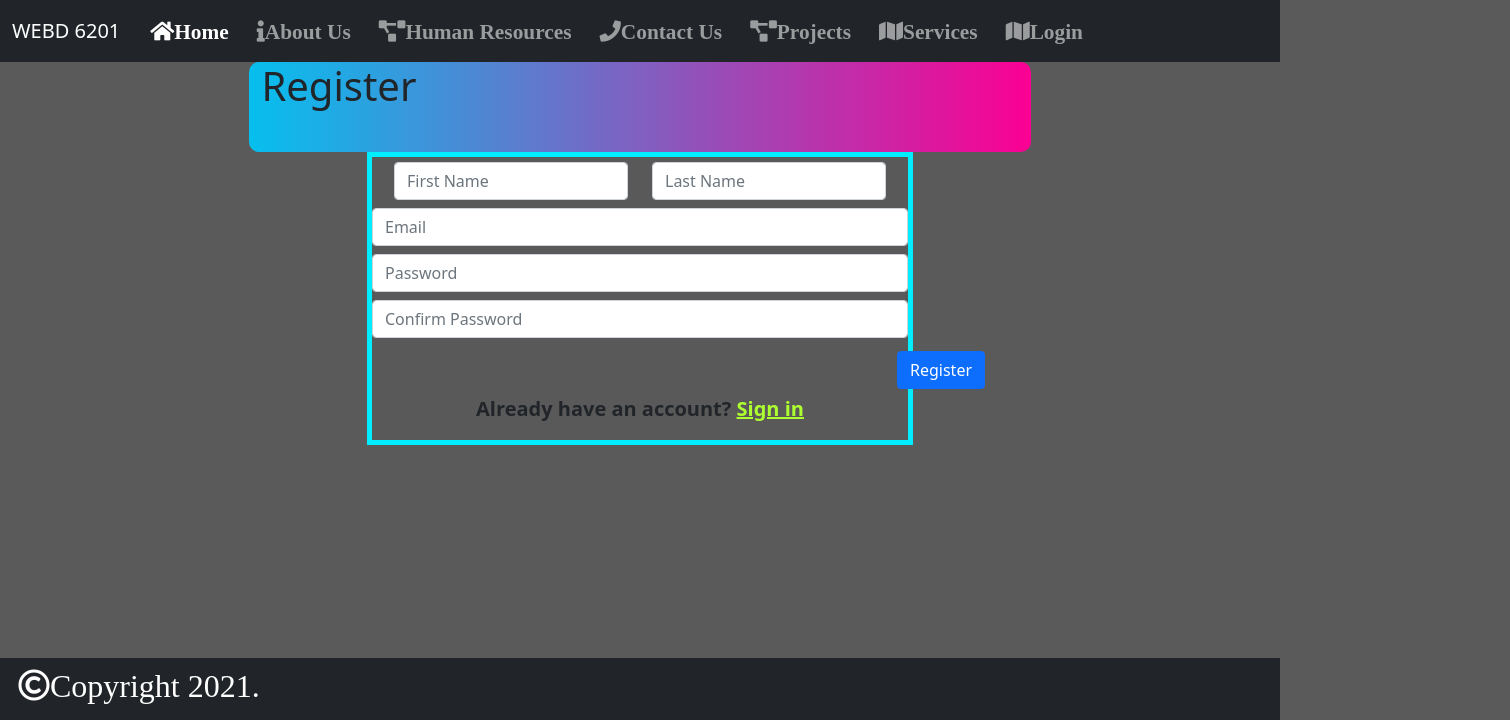
Repository: vans12345678/WEBD6201-W2021-Lab2
Page: register.html
The author's editor kept a copy of each file at every save. The page is drawn from the files as they stood at one save, then again after the next save.
The browser window is 1280 px wide. The page is 1510 px wide, so the pictures cover 1510 px, including what lies to the right of the window. The pictures show the whole page.

Above is the page before, as saved 2021-02-25 16:18:14.

### register.html
<!DOCTYPE html>
<html lang="en">
<head>
    <meta charset="UTF-8">
    <meta name="viewport" content="width=device-width, initial-scale=1.0">
    <title>Register</title>
    <!-- CSS Section -->
    <link rel="stylesheet" href="./node_modules/bootstrap/dist/css/bootstrap.min.css">
    <link rel="stylesheet" href="./node_modules/@fortawesome/fontawesome-free/css/all.min.css">
    <link rel="stylesheet" href="./Content/app.css">
</head>
<body>
    <!-- Main Header -->
    <header>
        <!-- Main Navigation -->
        <nav class="navbar navbar-expand-lg navbar-dark bg-dark">
            <div class="container-fluid">
                <a id ="navHome" class="navbar-brand" href="index.html"></a>
                <button class="navbar-toggler" type="button" data-bs-toggle="collapse" data-bs-target="#navbarSupportedContent" aria-controls="navbarSupportedContent" aria-expanded="false" aria-label="Toggle navigation">
                  <span class="navbar-toggler-icon"></span>
                </button>
                <div class="collapse navbar-collapse" id="navbarSupportedContent">
                  <ul id = "ulNav" class="navbar-nav me-auto mb-2 mb-lg-0">
                    <li class="nav-item">
                      <a  class="nav-link active" aria-current="page" href="index.html"><i id ="navIndex"class = "fas fa-home fa-lg"></i></a>
                    </li>
                    <li class="nav-item" id ="navAbout">
                      <a  class="nav-link " aria-current="page" href="about.html"><i id ="navAboutItem"class = "fas fa-info fa-lg"></i></a>
                    </li>
                    <li class="nav-item">
                      <a  class="nav-link " aria-current="page" href="contact.html"><i id ="navContact"class = "fas fa-phone fa-lg"></i></a>
                    </li>
                    <li class="nav-item">
                      <a  class="nav-link" aria-current="page" href="projects.html"><i id ="navProjects" class ="fas fa-project-diagram fa-lg">Products</i></a>
                    </li>
                    <li class="nav-item">
                      <a  class="nav-link " aria-current="page" href="services.html"><i id ="navServices"class = "fas fa-map fa-lg"></i></a>
                    </li>
                    <li class="nav-item">
                      <a  class="nav-link " aria-current="page" href="login.html"><i id ="navLogin"class = "fas fa-map fa-lg"></i></a>
                    </li>
                  </ul>
                </div>
              </div>
          </nav>
    </header>
<!-- Main Content -->
    <!-- Main Content -->
    <main class="container" id="mainContent">
        <h1 class = "container">Register</h1>
        <div class="row">
            <div class="offset-md-3 col-md-6 col-sm-12">
                  <div class="login" id="contentArea"></div>
                      <form class = "fromBackground " id="registerForm" novalidate>
                        <div class="form-group mb-2">
                          <div class="row inputMargin">
                            <div class="col-md-6">
                              <input class="form-control" type="text" name="firstName" id="FirstName" placeholder="First Name" required>
                            </div>
                            <div class="col-md-6">
                              <input class="form-control" type="text" name="lastName" id="lastName" placeholder="Last Name" required>
                            </div>
                          </div>
                        </div>
                        <div class="form-group mb-2">
                          <div class="row">
                            <div class="col-md-12">
                              <input type="email" class="form-control" id="emailAddress" name="emailAddress" required
                              value="" placeholder="Email">
                            </div>
                          </div>
                        </div>
                        <div class="form-group mb-2">
                          <div class="row">
                            <div class="col-md-12">
                              <input type="password" class="form-control" id="password" name="password"  required
                              value="" placeholder="Password">
                            </div>
                          </div>
                        </div>
                        <div class="form-group mb-2">
                          <div class="row">
                            <div class="col-md-12">
                              <input type="password" class="form-control" id="confirmPassword" name="confirmPassword"  required
                              value="" placeholder="Confirm Password">
                            </div>
                          </div>
                        </div>
                        <div class="text-right">
                          <button id="submitButton" type="submit" style ="margin: 5px 525px;" class="btn btn-primary btn-md buttonMargin">Register</button>
                        </div>
                        <p class="text-center fs-5 fw-bold">
                        Already have an account?
                        <a href="login.html">Sign in</a>
                        </p>
                      </form>
                  </div>
            </div>
        </div>
    </main>

<!-- Main Footer -->
<footer>
    <nav class="navbar fixed-bottom navbar-dark bg-dark">
        <div class="container-fluid">
            <h4><i id = "footer" class="far fa-copyright fa-lg site-footer"></i></h4>
        </div>
      </nav>
</footer>
<!-- Script Section -->
<script src="./node_modules/jquery/dist/jquery.min.js"></script>
<script src="./node_modules/bootstrap/dist/js/bootstrap.bundle.min.js"></script>
<script src="./Scripts/app.js"></script>
</body>
</html>

### Content/app.css
/* custom css goes here */
.Vapor {
    background-image: url('../images/vapor.jpg');
    background-repeat: no-repeat;
    background-attachment: fixed;
    background-size: 100% 100%;
  }
  a {
    color: greenyellow;
  }
  .textFont
  {
    font-family: Arial, Helvetica, sans-serif;
    line-height: 32px;
  }
  body
  {
    background-color: rgb(90, 90, 90);
  }
  h1.container{
    border-radius: 10px;
    width: 70%;
    height: 90px;
    margin: 0px auto;
    background: linear-gradient(90deg,#06bfee,#fb0093)
  }
  h1.projects{
    background-color: white;
  }
  .contact-table{
    width: 100%;
    margin:  50px auto;
    background-color: white;
  }
  .contact-form
  {
    width: 100%;
    margin:  100px auto;
  }
  .warnMessage
  {
    width: 90%;
    margin:  50px;
  }
  .site-footer {
    color:white;
  }
  .formMargin
  {
    margin: 35px 70px;
  }
  .inputMargin
  {
    margin: 5px 10px;
  }
  .fromBackground
  {
    background-color: #5a5a5aa1;
    border: 5px solid rgb(0, 238, 255);

  }
  i{
    margin:7px 6px;
  }

### Scripts/app.js
/************************************************************
 * Name: Andre Agrippa, Michai Pryce
 * Date: 01/20/2021
 * Description: This file adds functionality to the Home,
 * About Us, Human Resources, Contact Us, Projects and Services
 * pages.
 * Date Completed:
 */

"use strict";


(function(){

    /**
     * Display Nav bar function to display nav and footer
     */
    function DisplayNav()
    {
        let navTextElement = document.getElementById("navHome").textContent = "WEBD 6201";
        navTextElement = document.getElementById("navIndex").textContent = "Home";
        navTextElement = document.getElementById("navAboutItem").textContent = "About Us";

        let navAboutElement = document.getElementById("navAbout");
        let hrListItem = document.createElement("li");
        hrListItem.setAttribute("id", "liHumanResources");
        hrListItem.setAttribute("class", "nav-item");
        let navbar = document.getElementById("ulNav").appendChild(hrListItem);
        hrListItem.innerHTML = `<a class="nav-link" aria-current="page" href="human-resources.html">
        <i id ="navHumanResources" class ="fas fa-project-diagram fa-lg">Human Resources</i></a>`;
        if(document.title === "Human Resources"){
            hrListItem.innerHTML = `<a class="nav-link active" aria-current="page" href="human-resources.html">
            <i id ="navHumanResources" class ="fas fa-project-diagram fa-lg">Human Resources</i></a>`;
        }

        navAboutElement.after(hrListItem);

        navTextElement = document.getElementById("navContact").textContent = "Contact Us";
        navTextElement = document.getElementById("navProjects").textContent = "Projects";
        navTextElement = document.getElementById("navServices").textContent = "Services";
        navTextElement = document.getElementById("navLogin").textContent = "Login";
        navTextElement = document.getElementById("footer").textContent = "Copyright 2021.";
    }

    /**
     * Display home to display index page
     */
    function displayHome()
    {
        DisplayNav();
        let introText = "This is a simple site to demonstrate the about, contact, human resources, projects and services requirements for Lab 1 WEBD 6201 - Client Side Scripting";
        let titleText = "Welcome to WEBD 6201";

        let introTextElement = document.getElementById("indexTitle").textContent = titleText;
        introTextElement = document.getElementById("indexParagraph").textContent = introText;

    }
    /**
     * Display about to display about the creators
     */
    function displayAbout()
    {
        DisplayNav();

        //About Andre
        let aboutElement = document.getElementById("aboutTitle").textContent = "About Us";
        aboutElement = document.getElementById("aboutAText");
        aboutElement.innerHTML = `<h1>Andre Agrippa:</h1>
        <p class = "">I'm a 2nd year student at Durham College in the Computer Programming and Analysis program. I've been
        coding for several years now because I enjoy it and always looking to improve in this aspect.</p>
        <a class = "fa-lg" href="./resumes/andre_resume.pdf" download>Resume Download</a></br></br>
        <img src="./images/aa.jpg" alt="" style="width:500px;height:450px;">`;

        //About Michai
        aboutElement.innerHTML += `<h1>Michai Pryce:</h1>
        <p class = ""> Hello, I am in my final year in the Computer Programming Program at Durham College. I love
        to code and learn about the evergrowing advancements in technology. This is the demonstration for our first lab!
        </p>
        <a class = "fa-lg" href="./resumes/Copy_of_Resume.docx" download>Resume Download</a></br></br>
        <img src="./images/m.jpg" alt="" style="width:500px;height:450px;">`;

    }
    /**
     * Display top 3 projects page
     */
    function displayProjects()
    {
        DisplayNav();

        //Projects 1
        let projectsElement = document.getElementById("projectsTitle").textContent = "Projects";
        projectsElement = document.getElementById("projectsText").innerHTML =
        `<h3>Project One: COBOL Item List</h3>
        <p>This project reads records from a .dat file, performs calculations on the data then outputs it to a .out file neatly formatted.</p>
        <img src="./images/p1.png" alt="" style="width:800px;height:500px;">`;

        //Projects 2
        projectsElement = document.getElementById("projectsText").innerHTML +=
        `<h3>Project Two: C#, XAML, MDF  Preferred Shares and Common Shares</h3>
        <p>This project uses XAML for the windows form and a database to keep track of common and preferred shares.
        The database keeps track of how many shares(common/preferred) are  available and validation is applied.</p>
        <img src="./images/p2.png" alt="" style="width:800px;height:500px;">`;

        //Projects 3
        projectsElement = document.getElementById("projectsText").innerHTML +=
        `<h3>Project Three: ASP.NET and MVC Framework Animal Shelter</h3>
        <p>This project is a web application that keeps track of animals, owners, appointment and login info in a database.
        Relational database concepts are applied.</p>
        <img src="./images/p3.png" alt="" style="width:800px;height:500px;">`;

    }
    /**
     * Display top 3 services page
     */
    function displayServices()
    {
        DisplayNav();

        //Services 1
        let servicesElement = document.getElementById("servicesTitle").textContent = "Services";
        servicesElement = document.getElementById("servicesText").innerHTML =
        `<h3>Web Development:</h3>
        <p>We offer a variety of different web development (Front-end, Back-end, Databases). Languages (PHP, ASP.NET, JavaScript)</p>
        <img src="./images/s1.jpg" alt="" style="width:800px;height:500px;">`;

        //Services 2
        servicesElement = document.getElementById("servicesText").innerHTML +=
        `<h3>OOP Programming</h3>
        <p>We offer a variety of different Object Oriented Programming. We're experienced with C#, C++, Java etc.
        Whether it be windows forms applications, console applications GUI, etc.</p>
        <img src="./images/s2.png" alt="" style="width:800px;height:500px;">`;

        //Services 3
        servicesElement = document.getElementById("servicesText").innerHTML +=
        `<h3>Database Management System</h3>
        <p>It's been almost 3 years since we've had experience in database development. We've used software such as
        Microsoft SQL Server and PgAdmin4. Experienced with relational database concepts.</p>
        <img src="./images/s3.jpg" alt="" style="width:800px;height:500px;">`;


    }
    /**
     * Display contact form page
     */
    function displayContact()
    {
        DisplayNav();

        let messageArea = document.getElementById("messageArea");
        messageArea.hidden = true;

        //form validation
        let fullName = document.getElementById("fullName");
        fullName.addEventListener("blur", function()
        {
            if(fullName.value.length < 2)
            {
                fullName.focus();
                fullName.select();
                messageArea.hidden = false;
                messageArea.className = "alert alert-danger  ";
                messageArea.textContent = "Please enter an appropriate name > 2 characters";
            }
            else
            {
                messageArea.removeAttribute("class");
                messageArea.hidden = true;
            }
        });
            let sendButton = document.getElementById("sendButton");
            sendButton.addEventListener("click", function(event)
            {
                event.preventDefault();
                // //Displays twice?

                let contact = new Contact(fullName.value,contactNumber.value, emailAddress.value, shortMessage.value);

                console.log(contact.serialize());
                if(contact.serialize())
                {
                    localStorage.setItem((localStorage.length + 1).toString(),contact.serialize());

                    window.location.href = "index.html";
                }

            });

    }
    /**
     * Human resources page
     */
    function displayHumanResources()
    {
        DisplayNav();
    }
    function displayLogin()
    {
        DisplayNav();
    }
    function displayRegister()
    {
        DisplayNav();
    }

    /**
     * Start function, depending on document title will load specific page
     */
    function Start()
    {
        console.log("App Started...");

        //Based of title of html
        switch(document.title)
        {
            case "Index":
                displayHome();
                break;
            case "About Us":
                displayAbout();
                break;
            case "Projects":
                displayProjects();
                break;
            case "Services":
                displayServices();
                break;
            case "Contact Us":
                displayContact();
                break;
            case "Contact-List":
                displayContactList();
                break;
            case "Human Resources":
                displayHumanResources();
                break;
            case "Login":
                displayLogin();
                break;
            case "Register":
                displayRegister();
                break;
        }


    }

    window.addEventListener("load", Start);

})();

Loaded but not shown: node_modules/bootstrap/dist/css/bootstrap.min.css (library); node_modules/@fortawesome/fontawesome-free/css/all.min.css (library); node_modules/jquery/dist/jquery.min.js (library); node_modules/bootstrap/dist/js/bootstrap.bundle.min.js (library)

After the next save:
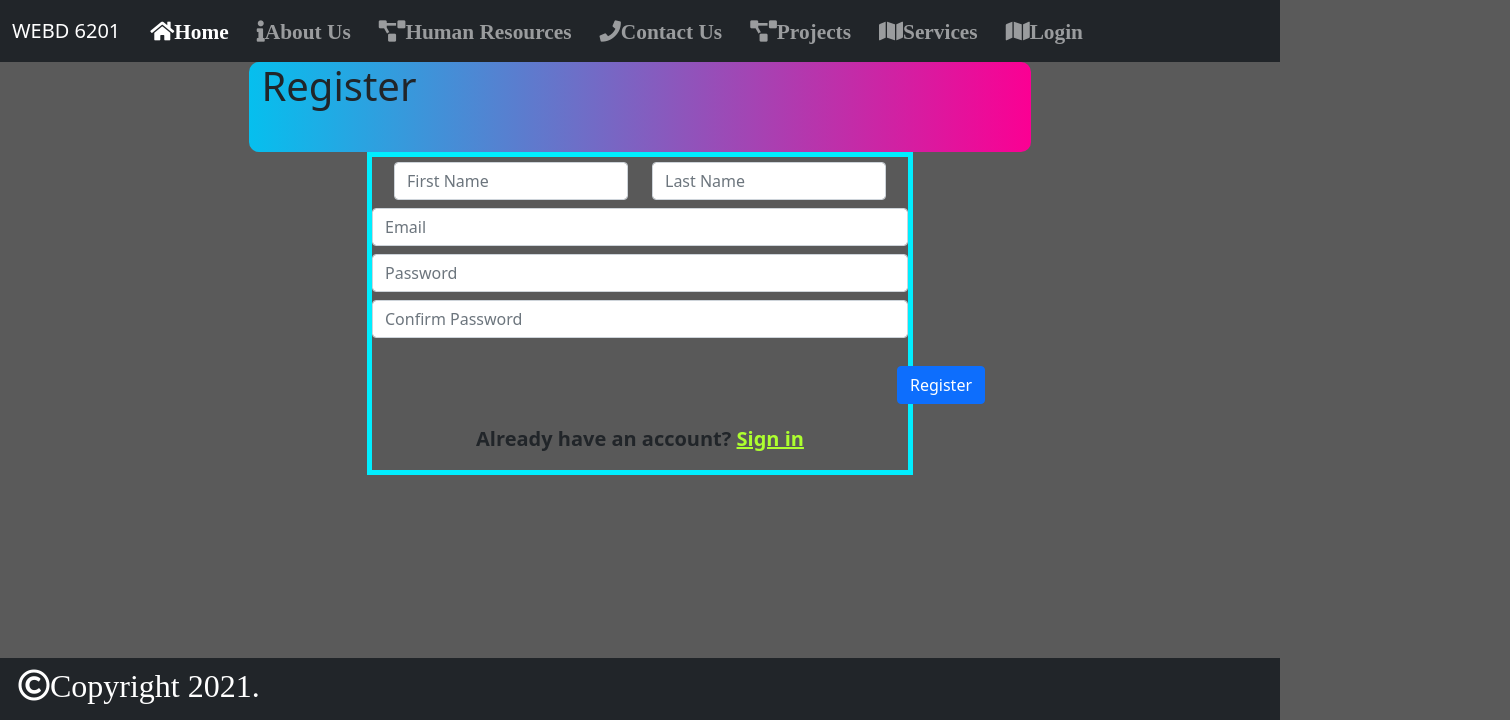
Saved 20 s later.
--- a/register.html
+++ b/register.html
@@ -87,7 +87,7 @@
                           </div>
                         </div>
                         <div class="text-right">
-                          <button id="submitButton" type="submit" style ="margin: 5px 525px;" class="btn btn-primary btn-md buttonMargin">Register</button>
+                          <button id="submitButton" type="submit" style ="margin: 20px 525px;" class="btn btn-primary btn-md buttonMargin">Register</button>
                         </div>
                         <p class="text-center fs-5 fw-bold">
                         Already have an account?

After the save that followed:
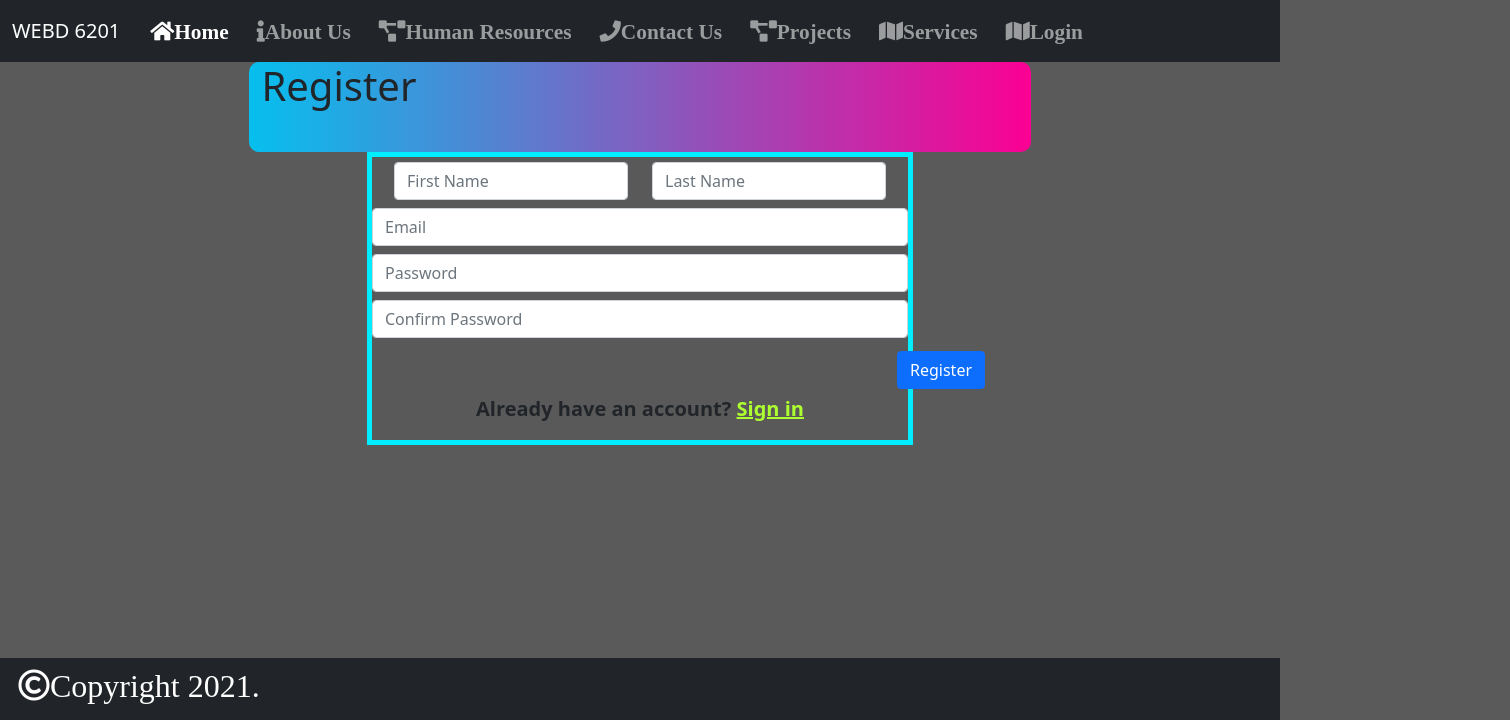
Saved 9 s later.
--- a/register.html
+++ b/register.html
@@ -87,7 +87,7 @@
                           </div>
                         </div>
                         <div class="text-right">
-                          <button id="submitButton" type="submit" style ="margin: 20px 525px;" class="btn btn-primary btn-md buttonMargin">Register</button>
+                          <button id="submitButton" type="submit" style ="margin: 5px 525px;" class="btn btn-primary btn-md buttonMargin">Register</button>
                         </div>
                         <p class="text-center fs-5 fw-bold">
                         Already have an account?
